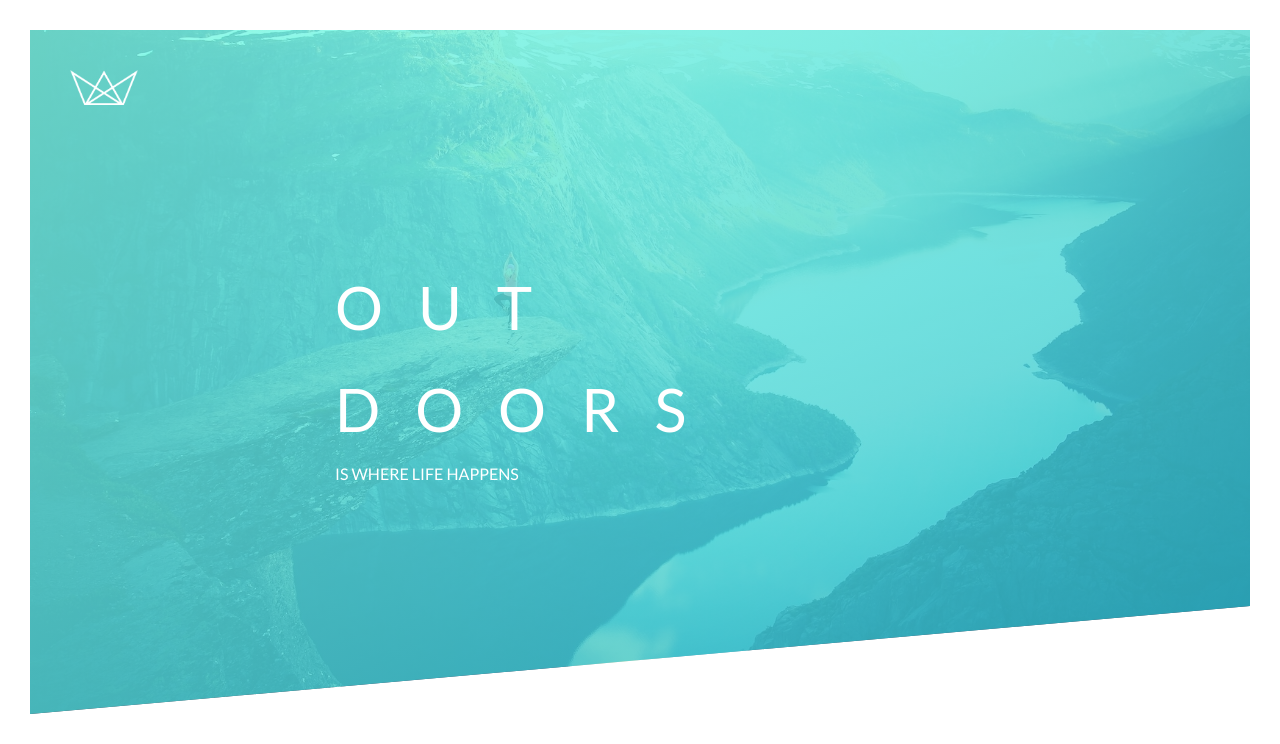
Repository: haokiet2501/natours-page
Page: index.html
These files come from the project's save history. The page is drawn as it stood at one moment and after the next save; the edit follows.
The browser window is 1280 px wide. The pictures show the whole page.

Above is the page before, as saved 2022-07-31 17:10:57.

### index.html
<!DOCTYPE html>
<html lang="en">
<head>
    <meta charset="UTF-8">
    <meta http-equiv="X-UA-Compatible" content="IE=edge">
    <meta name="viewport" content="width=device-width, initial-scale=1.0">
    <link rel="shortcut icon" href="img/favicon.png" type="image/x-icon">
    <link rel="stylesheet" href="styles.css">
    <title>Natours</title>
</head>
<body>
    <header class="header">
        <div class="logo">
            <img src="img/logo-white.png" alt="Logo" class="logo-img">
        </div>
        <div class="heading">
            <div class="heading-text">
                <span class="heading-subtitle">
                    Out doors
                </span>
                <span class="heading-subtext">
                    is where life happens
                </span>
            </div>
        </div>
    </header>
</body>
</html>

### styles.css
@import url('https://fonts.googleapis.com/css2?family=Lato:wght@300;400;700;900&display=swap');

* {
    margin: 0;
    padding: 0;
    box-sizing: border-box;
}

:root {
    --lighten-blue: #69ffd7;
    --medium-blue: #3badd4;
    --dark-blue: #1b92c2;
}

body {
    font-family: "Lato", sans-serif;
    line-height: 1.7;
    font-weight: 400;
    font-size: 16px;
    color: #777;
    padding: 30px;
}

html {
    scroll-behavior: smooth;
}

.header {
    position: relative;
    height: 95vh;
    background-image: linear-gradient(
        to right bottom,
        rgba(126, 255, 232, 0.8),
        rgba(40, 187, 208, 0.8)
        ) ,url("./img/hero.jpg");
    background-size: cover;
    background-position: top;
    clip-path: polygon(0 0, 100% 0, 100% 80vh, 0 100%);
}

.logo {
    position: absolute;
    top: 40px;
    left: 40px;
}

.logo-img {
    height: 35px;
}

.heading {
    position: absolute;
    top: 50%;
    left: 50%;
    transform: translate(-50%, -50%);
}

.heading-text {
    color: #fff;
    text-transform: uppercase;
}

.heading-subtitle {
    display: block;
    font-size: 60px;
    font-weight: 400;
    letter-spacing: 35px;
}

After the next save:
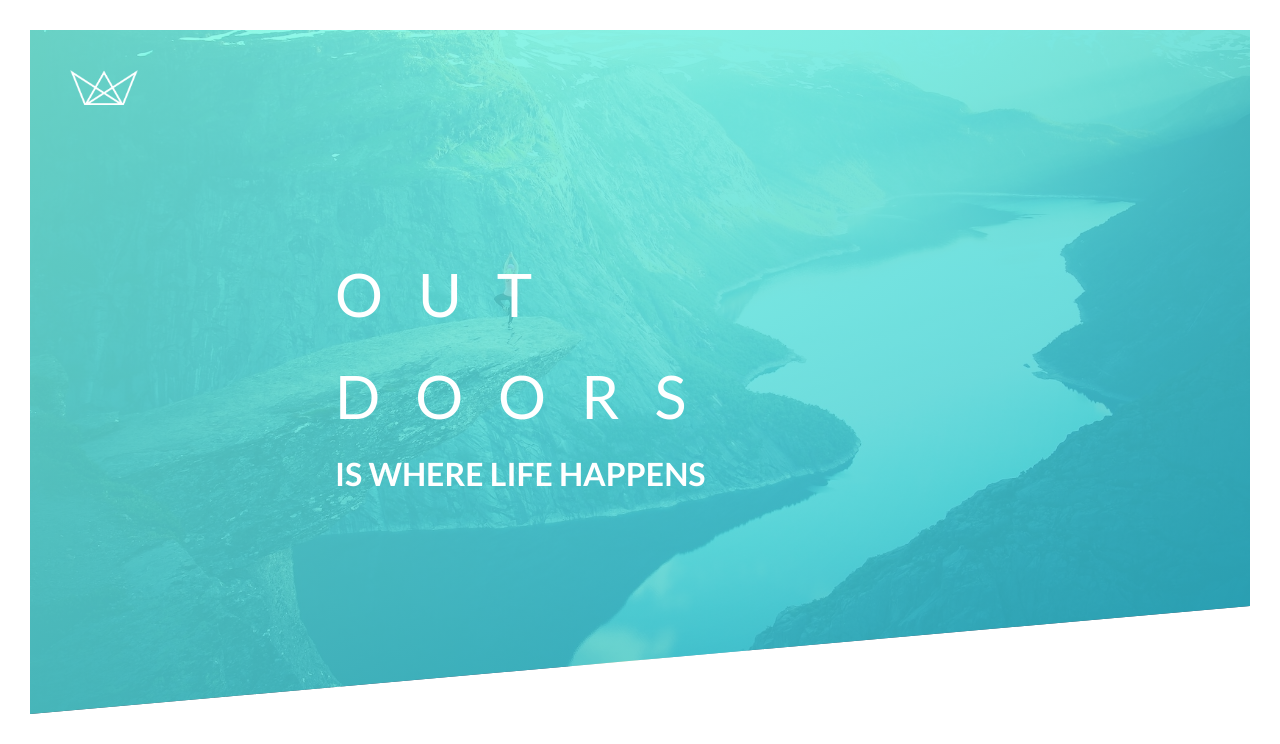
Saved 5 s later.
--- a/index.html
+++ b/index.html
@@ -14,14 +14,14 @@
             <img src="img/logo-white.png" alt="Logo" class="logo-img">
         </div>
         <div class="heading">
-            <div class="heading-text">
+            <h1 class="heading-text">
                 <span class="heading-subtitle">
                     Out doors
                 </span>
                 <span class="heading-subtext">
                     is where life happens
                 </span>
-            </div>
+            </h1>
         </div>
     </header>
 </body>
